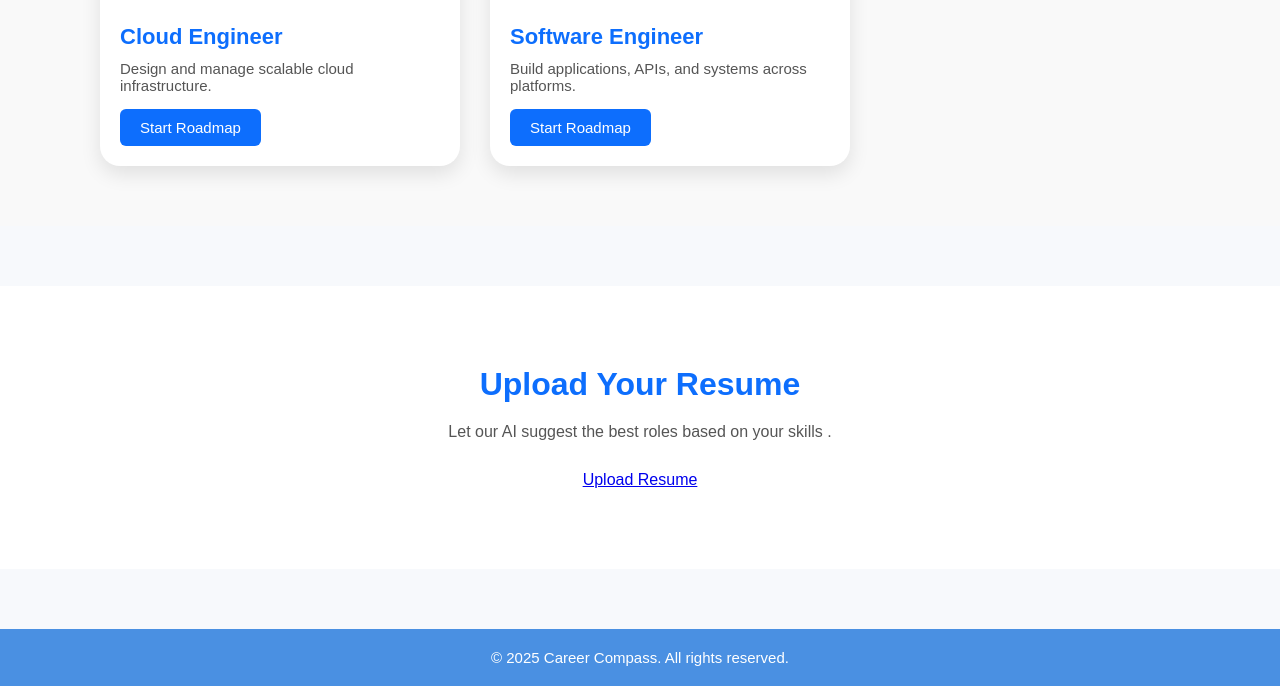
Repository: AI-Devsara01/Career-Compass
Page: templates/home.html
These files come from the project's save history. The page is drawn as it stood at one moment and after a run of saves; the edit follows.
The browser window is 1280 px wide. The pictures show the part of the page from y = 1150 to 1836 px (the page is 1836 px tall).
The template is drawn by Flask 3. The application's start-up code is not run. Other server files are loaded and not shown. The template is opened directly, without the code that normally fills it, so the values that code supplies are empty.

Above is the page before, as saved 2025-04-20 14:37:54.

### templates/home.html
<!DOCTYPE html>
<html lang="en">
<head>
  <meta charset="UTF-8" />
  <meta name="viewport" content="width=device-width, initial-scale=1.0"/>
  <title>Career Compass 🌟</title>
  <link rel="stylesheet" href="https://cdnjs.cloudflare.com/ajax/libs/font-awesome/6.4.0/css/all.min.css"/>
  <link href="https://fonts.googleapis.com/css2?family=Roboto:wght@400;700&display=swap" rel="stylesheet"/>
  <style>
    * {
      margin: 0;
      padding: 0;
      box-sizing: border-box;
    }
    body {
      font-family: 'Poppins', sans-serif;
      background-color: #f7f9fc;
      color: #333;
    }

    .navbar {
      display: flex;
      justify-content: center;
      background-color: #4a90e2;
      padding: 15px 0;
      box-shadow: 0 4px 10px rgba(0, 0, 0, 0.1);
      position: sticky;
      top: 0;
      z-index: 1000;
    }
    .navbar a {
      color: #fff;
      text-decoration: none;
      margin: 0 20px;
      font-weight: bold;
      font-size: 17px;
      transition: 0.3s;
    }
    .navbar a:hover {
      color: #ff6f61;
    }

    .hero {
      background: url('AHaD_&pid=Api&P=0&h=180') no-repeat center center;
      background-size: cover;
      padding: 100px 20px;
      color: #fff;
    }
    .hero-card {
      background: #fff;
      padding: 50px 30px;
      max-width: 800px;
      margin: auto;
      border-radius: 20px;
      box-shadow: 0 12px 25px rgba(0, 0, 0, 0.1);
    }
    .hero h1 {
      font-size: 56px;
      margin-bottom: 20px;
    }
    .hero p {
      font-size: 20px;
      color: #555;
      margin-bottom: 30px;
    }
    .btn {
      background: #ff6f61;
      color: #fff;
      padding: 14px 36px;
      font-size: 18px;
      border: none;
      border-radius: 30px;
      text-decoration: none;
      transition: 0.3s;
      box-shadow: 0 4px 10px rgba(0, 0, 0, 0.1);
    }
    .btn:hover {
      background: #ff4a3d;
    }

    .main-content {
      display: flex;
      gap: 40px;
      padding: 60px 100px;
      flex-wrap: wrap;
      background-color: #f9f9f9;
    }

    .roles-container {
      flex: 3;
      display: grid;
      grid-template-columns: repeat(auto-fit, minmax(280px, 1fr));
      gap: 30px;
    }

    .card {
      background: #fff;
      border-radius: 20px;
      overflow: hidden;
      box-shadow: 0 8px 20px rgba(0, 0, 0, 0.1);
      transition: transform 0.4s;
    }

    .card:hover {
      transform: translateY(-10px);
    }

    .card img {
      width: 100%;
      height: 180px;
      object-fit: cover;
    }

    .card-content {
      padding: 20px;
    }

    .card h3 {
      font-size: 22px;
      color: #0d6efd;
      margin-bottom: 10px;
    }

    .card p {
      font-size: 15px;
      color: #555;
      margin-bottom: 15px;
    }

    .card a {
      background: #0d6efd;
      color: #fff;
      padding: 10px 20px;
      border-radius: 6px;
      text-decoration: none;
      font-size: 15px;
      display: inline-block;
    }

    .card a:hover {
      background: #0056b3;
    }

    .sidebar {
      flex: 1;
      background: #fff;
      padding: 20px;
      border-radius: 14px;
      box-shadow: 0 4px 18px rgba(0, 0, 0, 0.08);
      text-align: center;
      height: fit-content;
    }

    .chat-container {
      background: #0d6efd;
      color: #fff;
      padding: 15px 25px;
      border-radius: 50px;
      display: flex;
      align-items: center;
      justify-content: center;
      cursor: pointer;
      margin-bottom: 20px;
      transition: transform 0.3s;
    }

    .chat-container:hover {
      transform: scale(1.05);
    }

    .chat-container i {
      font-size: 20px;
      margin-right: 10px;
    }

    .chat-container span {
      font-weight: 600;
    }

    .sidebar h2 {
      font-size: 22px;
      color: #0d6efd;
      margin-bottom: 10px;
    }

    .sidebar p {
      font-size: 14px;
      color: #666;
    }

    .feature-section {
      background: #fff;
      padding: 80px 100px;
      text-align: center;
      margin-top: 60px;
    }

    .feature-section h2 {
      font-size: 32px;
      color: #0d6efd;
      margin-bottom: 20px;
    }

    .feature-section p {
      font-size: 16px;
      color: #555;
      margin-bottom: 30px;
    }

    .feature-section form {
      display: flex;
      flex-direction: column;
      align-items: center;
      gap: 15px;
    }

    .feature-section input[type="file"],
    .feature-section input[type="submit"] {
      padding: 10px 15px;
      font-size: 16px;
      border-radius: 6px;
      width: 100%;
      max-width: 350px;
    }

    .feature-section input[type="file"] {
      background: #f1f1f1;
      border: 1px solid #ccc;
    }

    .feature-section input[type="submit"] {
      background: #0d6efd;
      color: #fff;
      border: none;
      cursor: pointer;
    }

    .feature-section input[type="submit"]:hover {
      background: #0056b3;
    }

    .footer {
      text-align: center;
      padding: 20px;
      font-size: 15px;
      background: #4a90e2;
      color: #fff;
      margin-top: 60px;
    }

    @media (max-width: 768px) {
      .main-content {
        flex-direction: column;
        padding: 30px 20px;
      }

      .hero h1 {
        font-size: 36px;
      }

      .hero p,
      .btn,
      .card p {
        font-size: 16px;
      }
    }
  </style>
</head>
<body>
  <!-- Navbar -->
  <div class="navbar">
    <a href="/">🏠 Home</a>
    <a href="/mock_interview">🎯 Interview</a>
    <a href="/roles">💼 Roles</a>
    <a href="/internships">🎓 Internships</a>
    <a href="/soft_skills">💡 Soft Skills</a>
    <a href="/signup">📝 Signup</a>
  </div>

  <!-- Hero Section -->
  <div class="hero">
    <div class="hero-card">
      <h1>Career Compass 🌟</h1>
      <p>Master in-demand skills, build impactful projects, and launch your career with confidence.</p>
      <a href="/roles" class="btn">Explore Now</a>
    </div>
  </div>

  <!-- Main Content -->
  <div class="main-content">
    <!-- Roles -->
    <div class="roles-container">
      <div class="card">
        <img src="https://images.unsplash.com/photo-1556761175-4b46a572b786" alt="AI/ML Engineer"/>
        <div class="card-content">
          <h3>AI/ML Engineer</h3>
          <p>Build intelligent systems with machine learning & AI.</p>
          <a href="/view/ai_engineer">Start Roadmap</a>
        </div>
      </div>
      <div class="card">
        <img src="https://images.unsplash.com/photo-1504639725590-34d0984388bd" alt="Data Scientist"/>
        <div class="card-content">
          <h3>Data Scientist</h3>
          <p>Analyze data and extract valuable insights.</p>
          <a href="/view/data_scientist">Start Roadmap</a>
        </div>
      </div>
      <div class="card">
        <img src="https://images.unsplash.com/photo-1522071820081-009f0129c71c" alt="Cloud Engineer"/>
        <div class="card-content">
          <h3>Cloud Engineer</h3>
          <p>Design and manage scalable cloud infrastructure.</p>
          <a href="/view/cloud_engineer">Start Roadmap</a>
        </div>
      </div>
      <div class="card">
        <img src="https://tse2.mm.bing.net/th?id=OIP.kSM4WTcm9Q728GpeysGy2wHaEQ&pid=Api&P=0&h=180" alt="Software Engineer"/>
        <div class="card-content">
          <h3>Software Engineer</h3>
          <p>Build applications, APIs, and systems across platforms.</p>
          <a href="/view/software_engineer">Start Roadmap</a>
        </div>
      </div>
    </div>

    <!-- Sidebar -->
    <div class="sidebar">
      <div class="chat-container" onclick="alert('Chatbot coming soon!')">
        <i class="fas fa-robot"></i>
        <span>Chat with CareerBot</span>
      </div>
      <h2>Need Help?</h2>
      <p>Get personalized career guidance and AI-powered support.</p>
      <a href="/view/chat">Chat Now</a>
    </div>
  </div>

  <!-- Feature Section -->
  <div class="feature-section">
    <h2>Upload Your Resume</h2>
    <p>Let our AI suggest the best roles based on your skills
      .</p>

    <a href="/resume">Upload Resume</a>

  </div>

  <!-- Footer -->
  <div class="footer">
    © 2025 Career Compass. All rights reserved.
  </div>
</body>
</html>

After the next 2 saves:
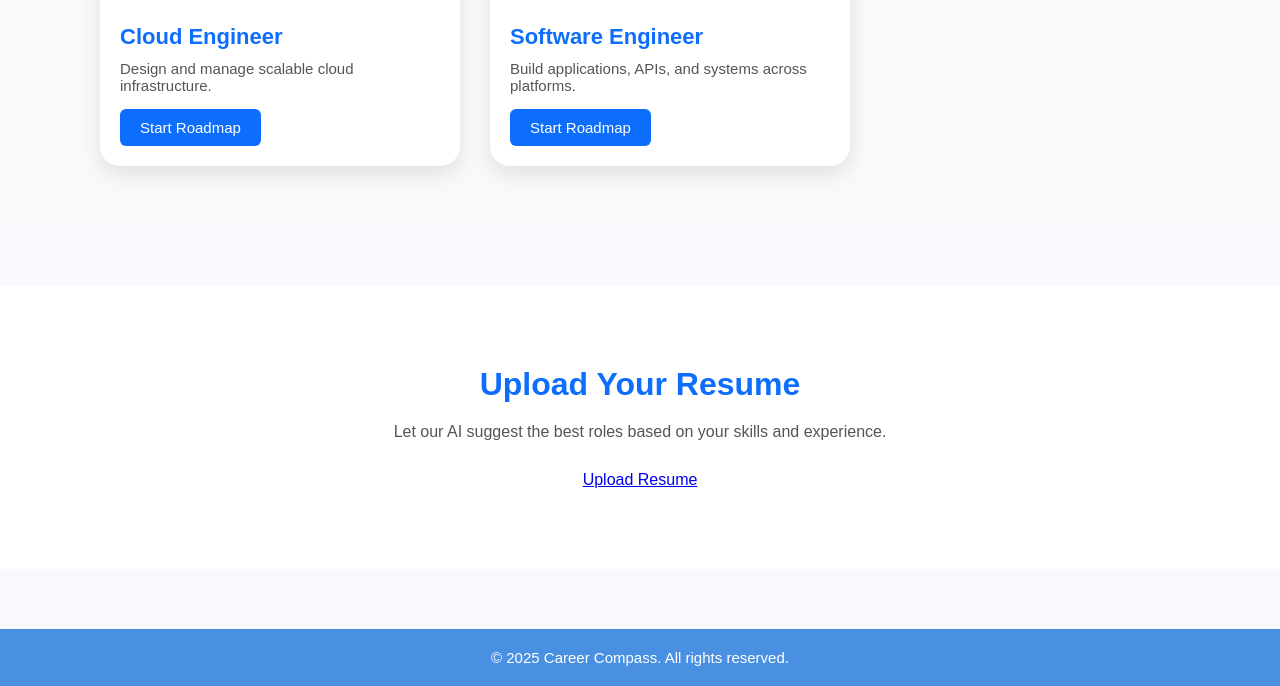
The 2 saves are shown as one change because they came seconds apart.
The last was saved 7 s later.
--- a/templates/home.html
+++ b/templates/home.html
@@ -340,7 +340,7 @@
   <div class="feature-section">
     <h2>Upload Your Resume</h2>
     <p>Let our AI suggest the best roles based on your skills
-      .</p>
+      and experience. </p>
 
     <a href="/resume">Upload Resume</a>
 
